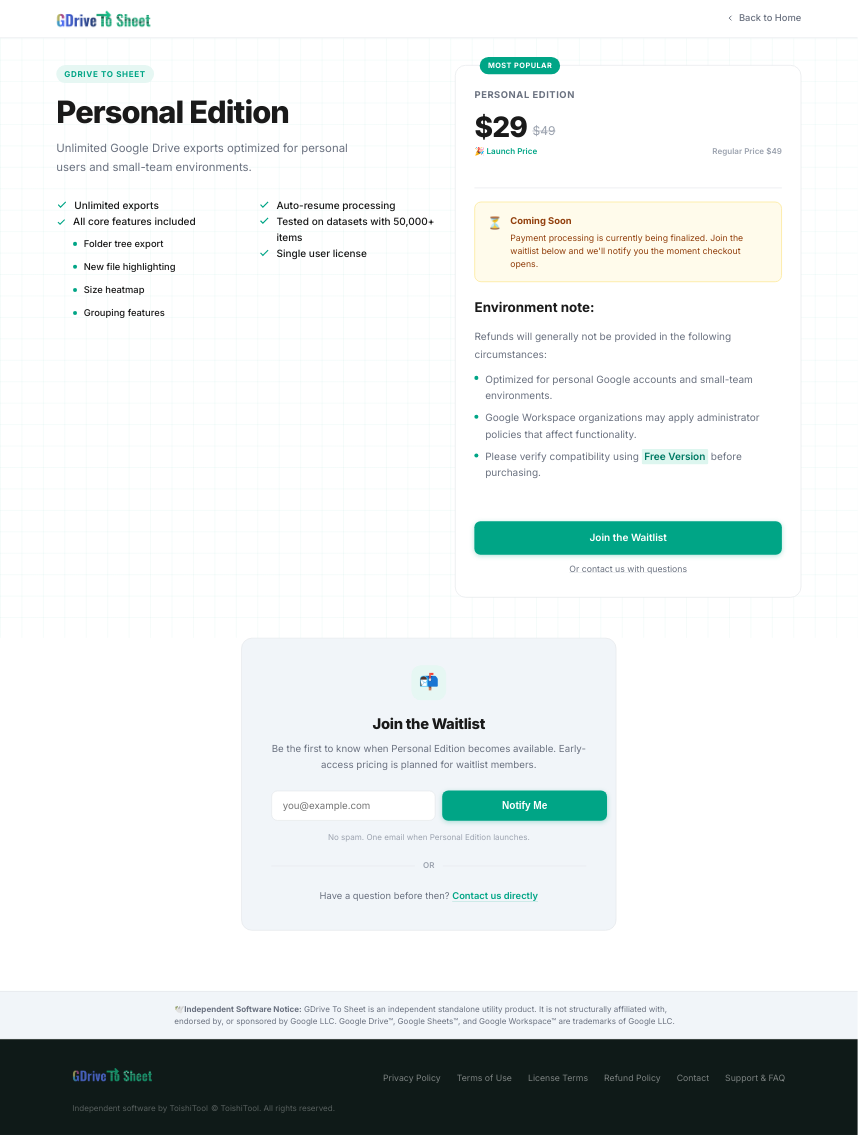
Repository: toishitool/gdrive-to-sheet
Page: personal-edition.html
An editor plug-in stored every save of this project. The page is shown before and after the next save, followed by the edit.
The browser window is 1280 px wide. The pictures show the whole page, at 67% of full size.

Above is the page before, as saved 2026-06-22 14:24:53.

After the next save:
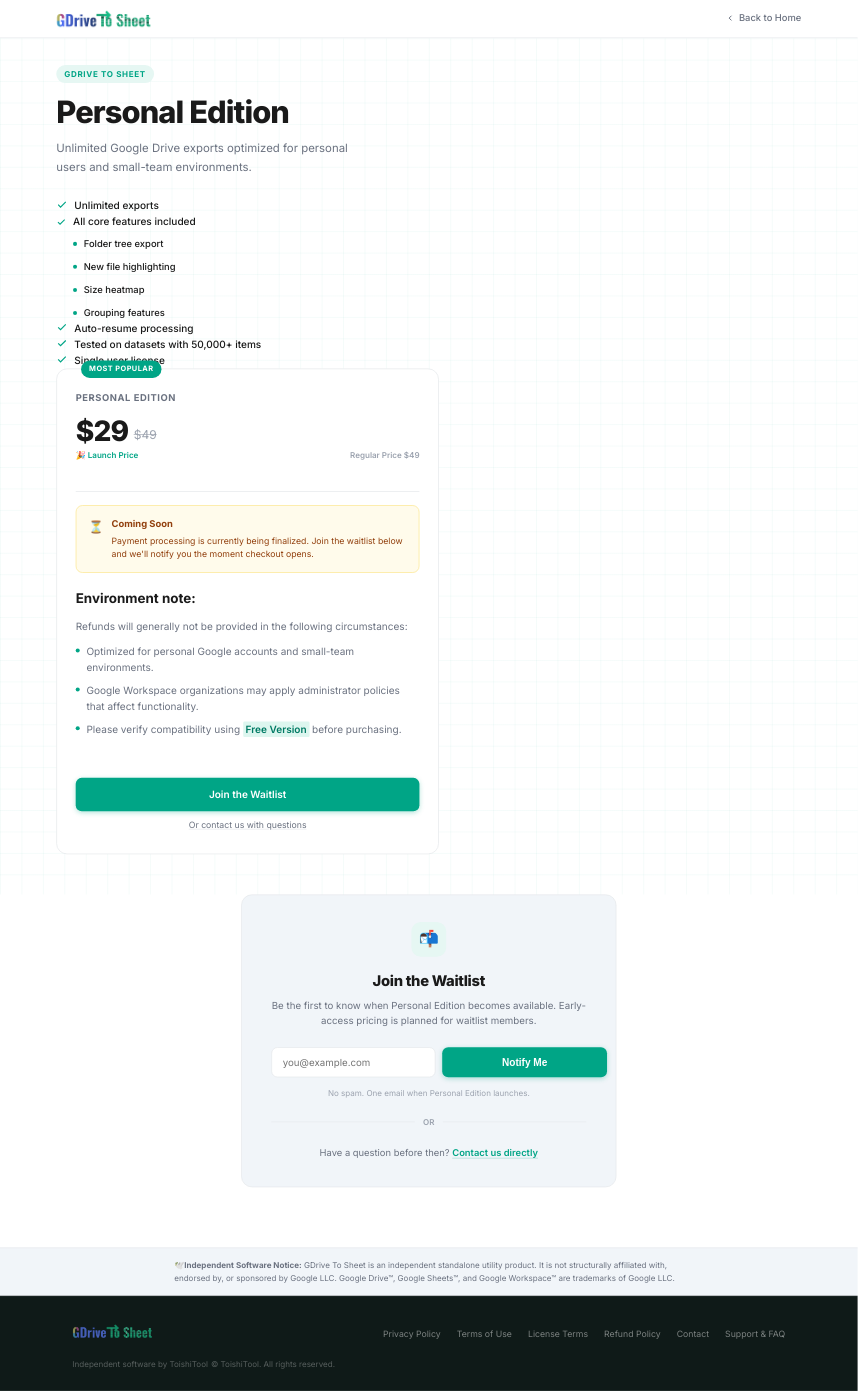
Saved 3 min 2 s later.
--- a/personal-edition.html
+++ b/personal-edition.html
@@ -66,10 +66,6 @@
                     </li>
                   </ul>
                 </li>
-              </ul>
-            </div>
-            <div class="feature-col">
-              <ul class="feature-list">
                 <li><svg width="17" height="17" fill="none" stroke="currentColor" stroke-width="2.5"
                     viewBox="0 0 24 24">
                     <polyline points="20 6 9 17 4 12" />
@@ -85,7 +81,6 @@
 
               </ul>
             </div>
-          </div>
         </div>
 
         <div class="price-card">

After the save that followed:
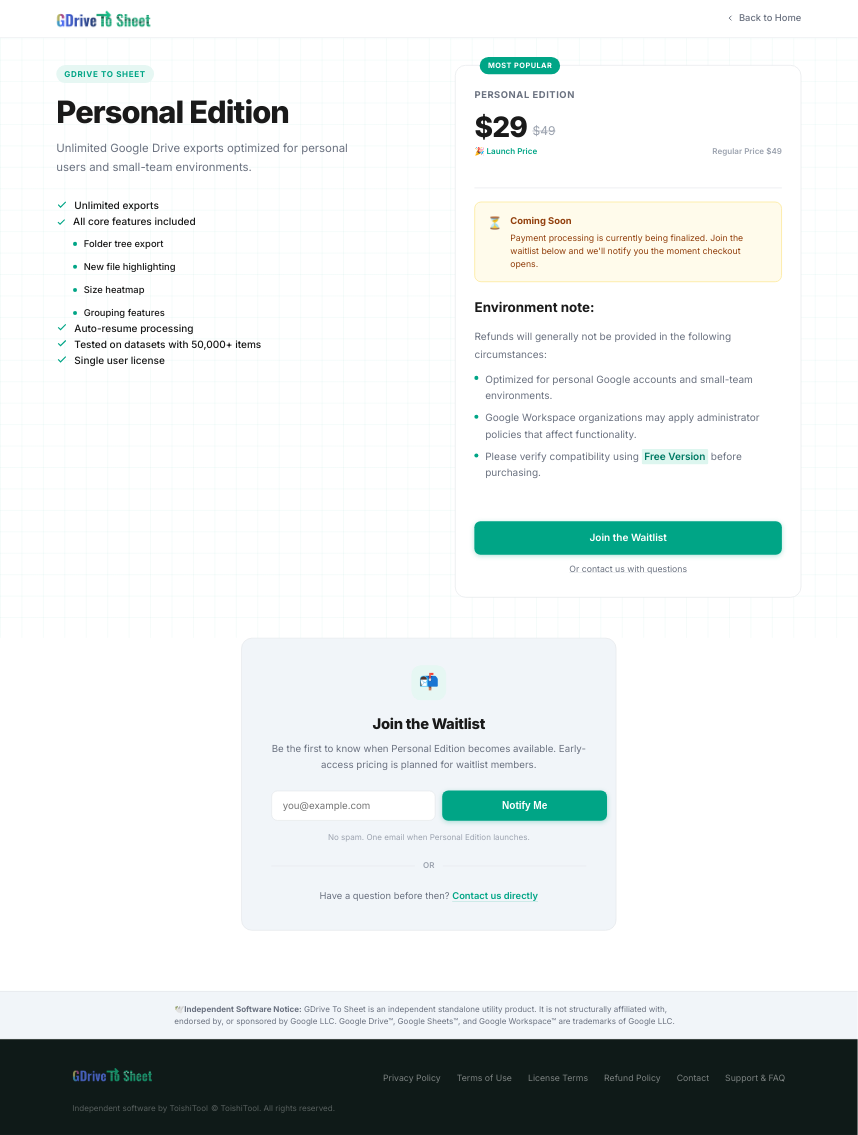
Saved 112 s later.
--- a/personal-edition.html
+++ b/personal-edition.html
@@ -82,7 +82,7 @@
               </ul>
             </div>
         </div>
-
+</div>
         <div class="price-card">
           <span class="price-card-badge">Most Popular</span>
           <div class="price-name">Personal Edition</div>
